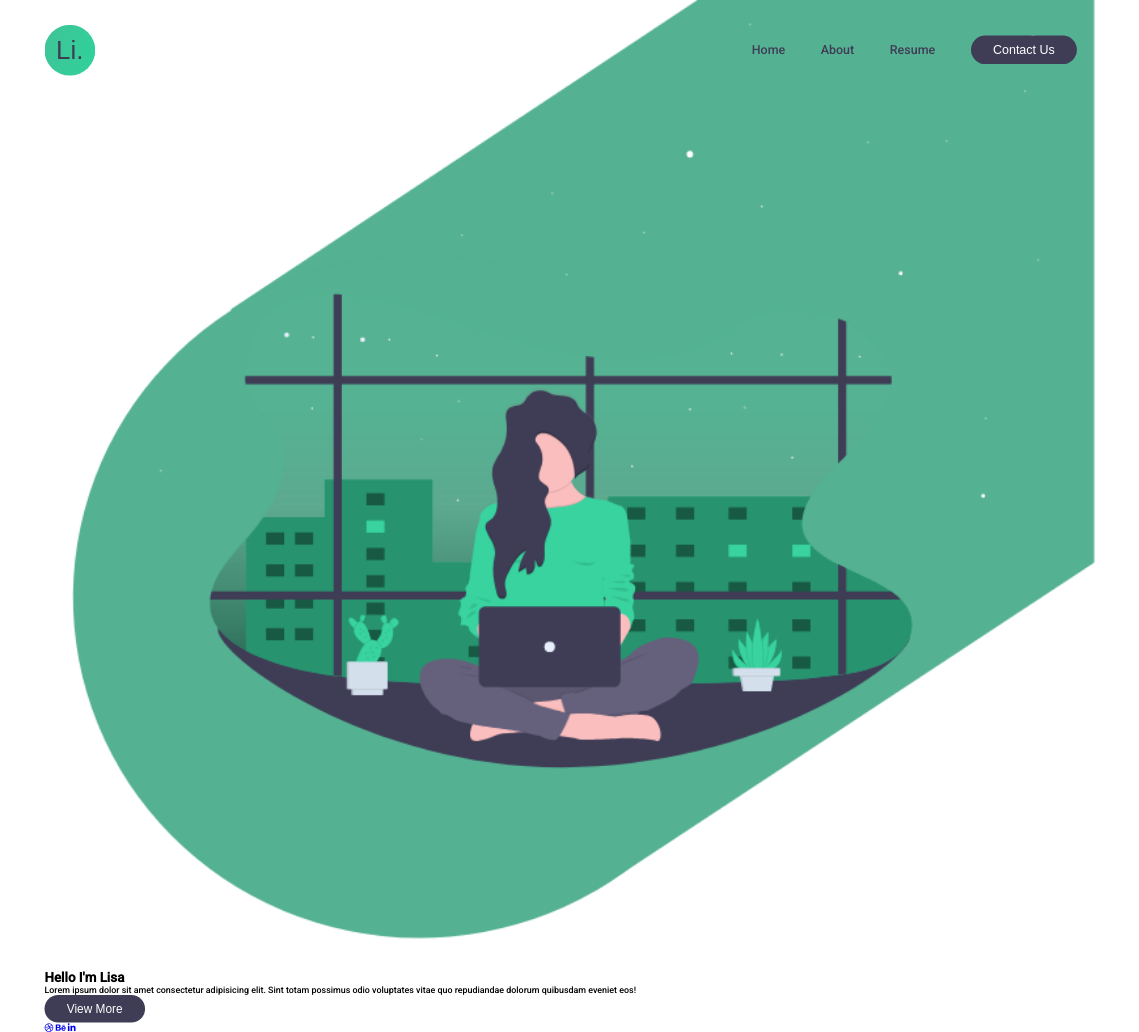
Repository: kebinh1235/porfolio-demo
Page: index.html
These files come from the project's save history. The page is drawn as it stood at one moment and after the next save; the edit follows.
The browser window is 1280 px wide. The pictures show the whole page, at 89% of full size.
Some web libraries are served in a nearby version.

Above is the page before, as saved 2021-10-20 15:30:39.

After the next save:
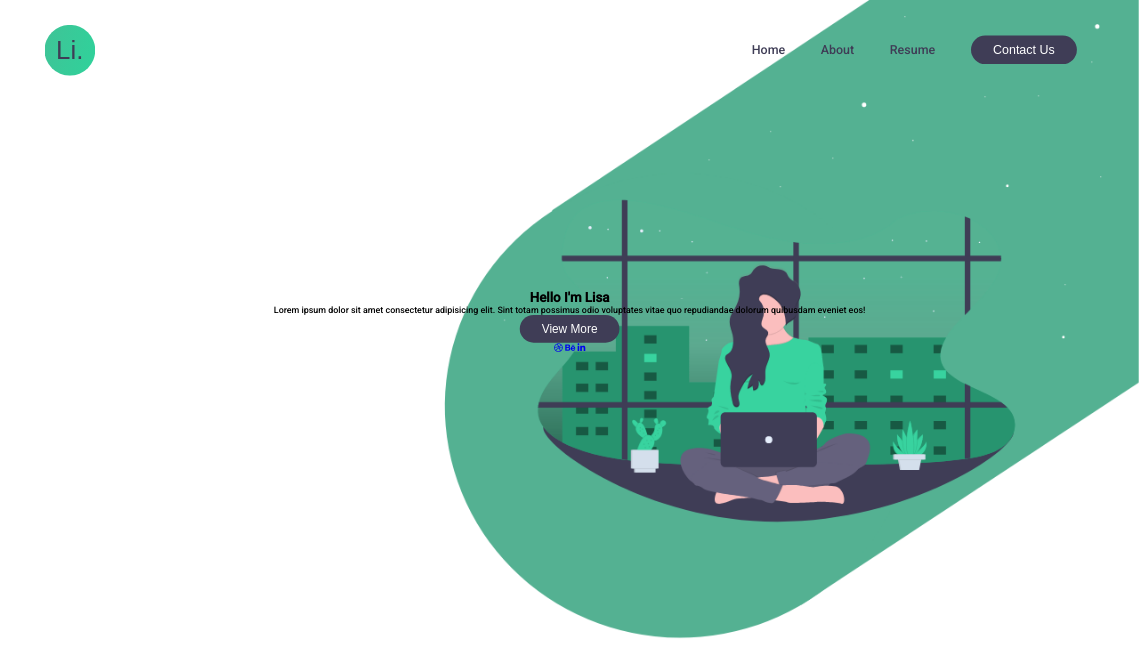
Saved 12 min 19 s later.
--- a/css/style.css
+++ b/css/style.css
@@ -141,6 +141,26 @@ header {
 .open .navbar__icon:after {
   transform: rotate(-45deg) translate(35px, 35px);
 }
+/* banner */
+#banner {
+  position: relative;
+  height: 100vh;
+  display: flex;
+  align-items: center;
+}
+.banner__img {
+  position: absolute;
+  top: 0;
+  right: 0;
+  z-index: -1;
+}
+.banner__heading {
+  max-height: 300px;
+  margin: 0 auto;
+  text-align: center;
+}
+
+
 @media screen and (min-width: 992px) {
   .navbar__list {
     display: flex;
